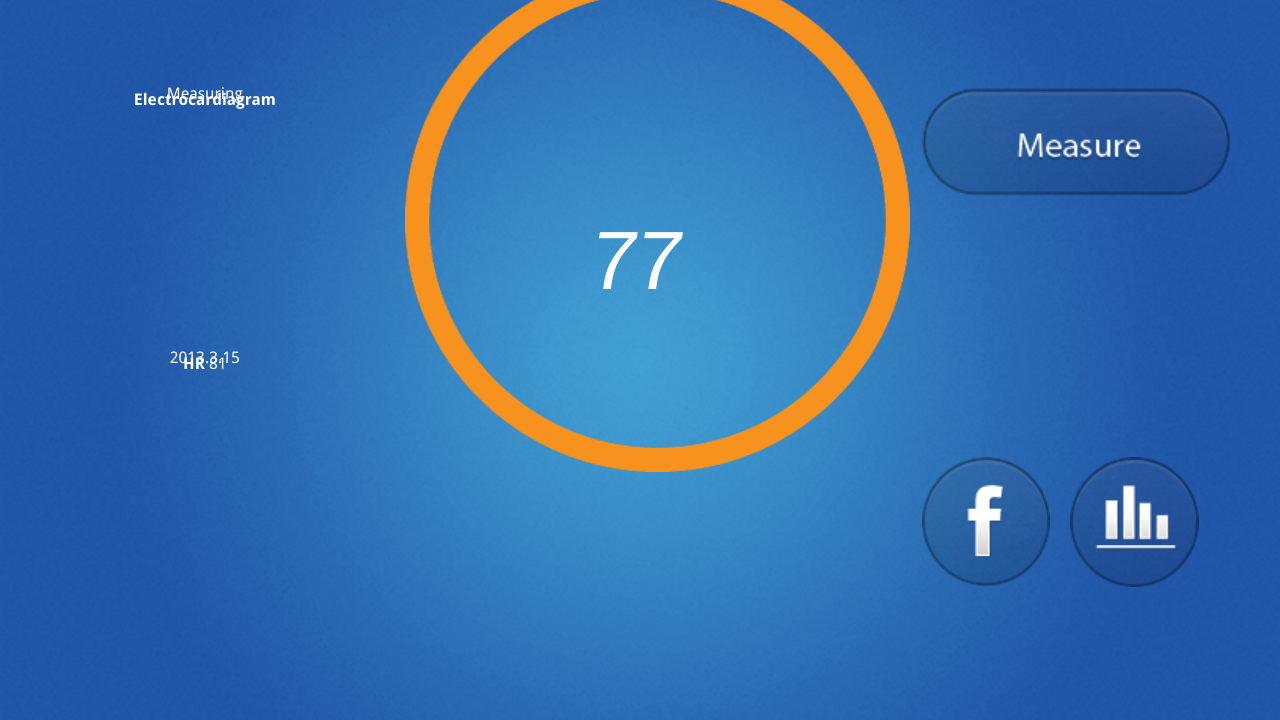
Repository: chouwill79131/IEcontest
Page: BluetoothChat/assets/complete.html
An editor plug-in stored every save of this project. The page is shown before and after the next save, followed by the edit.
The browser window is 1280 px wide. The pictures show the whole page.

Above is the page before, as saved 2013-03-08 18:50:18.
Console error: TypeError: Cannot set properties of null (setting 'innerHTML')

After the next save:
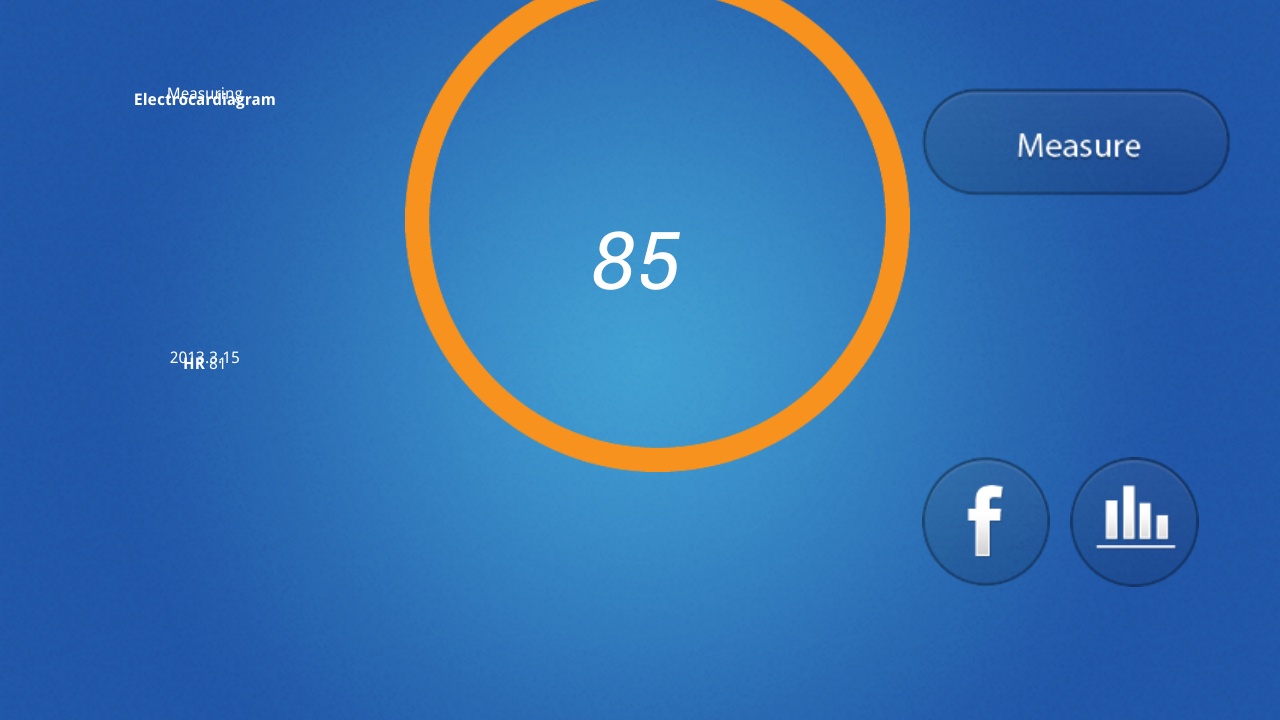
Saved 2 min 40 s later.
--- a/BluetoothChat/assets/complete.html
+++ b/BluetoothChat/assets/complete.html
@@ -21,7 +21,7 @@
 		</div>
 
 		<div class="mid">
-			<div class="score">77</div>
+			<div class="score">85</div>
 			<img class="circle" src="button/circle.png" />
 		</div>
 
